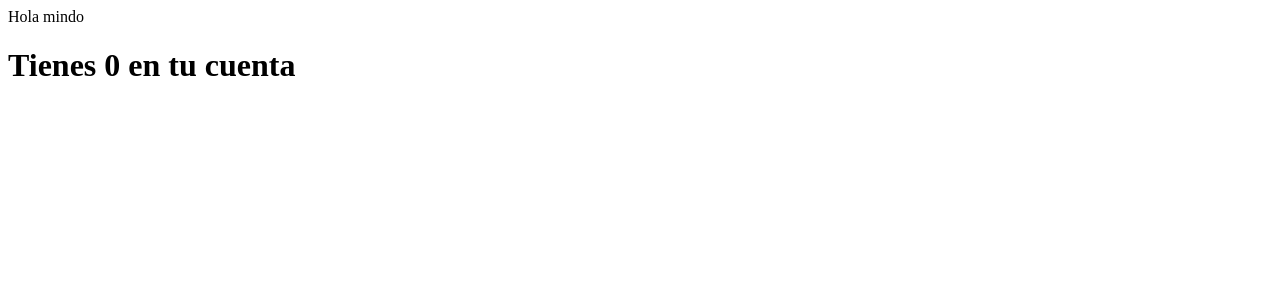
Repository: Klauditha/desafio_modulo_react
Page: / (app in 04_ConsumoAPIs/ClasePrincipal/)
The author's editor kept a copy of each file at every save. The page is drawn from the files as they stood at one save, then again after the next save.
The browser window is 1280 px wide. The pictures show the whole page.
The project was rebuilt for these pictures with package versions that can differ from the ones it lists, and the page was loaded fresh each time. Also part of the build but not shown: 04_ConsumoAPIs/ClasePrincipal/vite.config.js.

Above is the page before, as saved 2023-10-05 22:22:10.

After the next save:
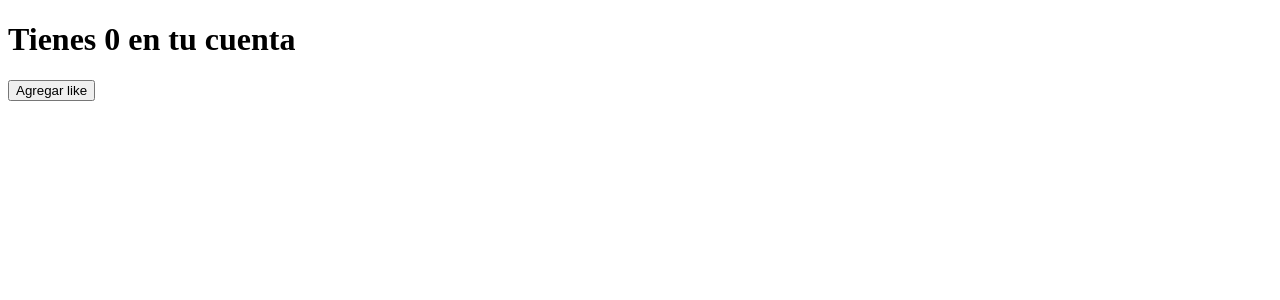
Saved 24 s later.
--- a/04_ConsumoAPIs/ClasePrincipal/src/App.jsx
+++ b/04_ConsumoAPIs/ClasePrincipal/src/App.jsx
@@ -6,8 +6,9 @@ const App = () => {
   const [like,setLike]=useState(0)
   return (
     <>
-    <div>Hola mindo</div>
+
     <h1>Tienes {like} en tu cuenta</h1>
+    <button>Agregar like</button>
     </>
 
   )
